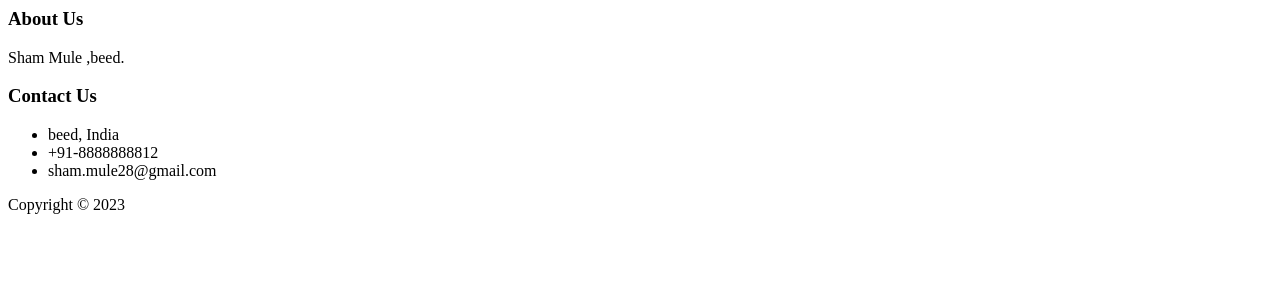
Repository: HT13M19/kuldeep
Page: GGGG/Demo2/src/main/webapp/footer.html
These files come from the project's save history. The page is drawn as it stood at one moment and after the next save; the edit follows.
The browser window is 1280 px wide. The pictures show the whole page.

Above is the page before, as saved 2023-09-22 16:40:34.

### GGGG/Demo2/src/main/webapp/footer.html
<footer>
    <div class="footer-top">
        <div class="container">
            <div class="row">
                <div class="col-md-3 col-sm-6">
                    <h3>About Us</h3>
                    <p>Sham Mule ,beed.</p>
                </div>
                </div>
                <div class="col-md-3 col-sm-6">
                    <h3>Contact Us</h3>
                    <ul class="list-unstyled">
                        <li><i class="fa fa-map-marker"></i> beed, India</li>
                        <li><i class="fa fa-phone"></i> +91-8888888812</li>
                        <li><i class="fa fa-envelope"></i>sham.mule28@gmail.com</li>
                    </ul>
                </div>
            </div>
        </div>
    <div class="footer-bottom">
        <div class="container">
            <div class="row">
                <div class="col-md-12">
                    <p>Copyright © 2023
                </div>
            </div>
        </div>
    </div>
</footer>

After the next save:
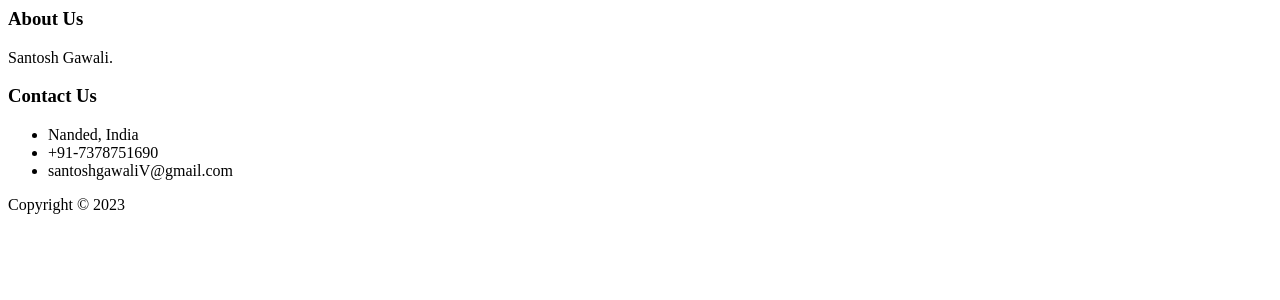
Saved 108 s later.
--- a/GGGG/Demo2/src/main/webapp/footer.html
+++ b/GGGG/Demo2/src/main/webapp/footer.html
@@ -4,15 +4,15 @@
             <div class="row">
                 <div class="col-md-3 col-sm-6">
                     <h3>About Us</h3>
-                    <p>Sham Mule ,beed.</p>
+                    <p>Santosh Gawali.</p>
                 </div>
                 </div>
                 <div class="col-md-3 col-sm-6">
                     <h3>Contact Us</h3>
                     <ul class="list-unstyled">
-                        <li><i class="fa fa-map-marker"></i> beed, India</li>
-                        <li><i class="fa fa-phone"></i> +91-8888888812</li>
-                        <li><i class="fa fa-envelope"></i>sham.mule28@gmail.com</li>
+                        <li><i class="fa fa-map-marker"></i> Nanded, India</li>
+                        <li><i class="fa fa-phone"></i> +91-7378751690</li>
+                        <li><i class="fa fa-envelope"></i>santoshgawaliV@gmail.com</li>
                     </ul>
                 </div>
             </div>
